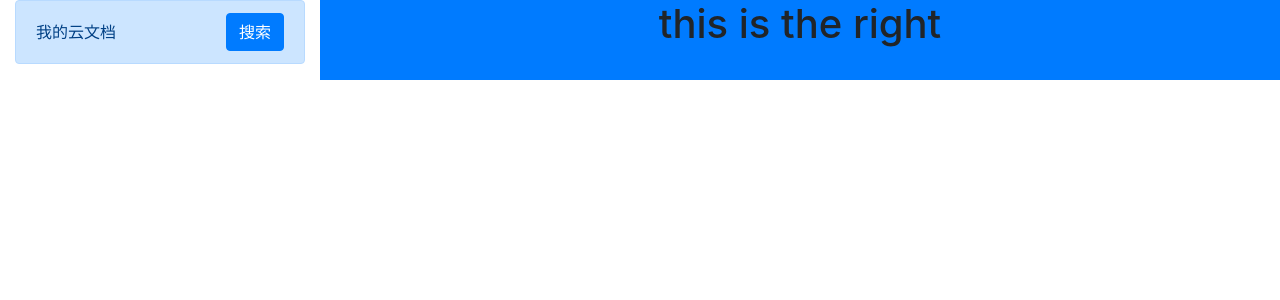
Repository: weijie-he/clould-doc
Page: /
The author's editor kept a copy of each file at every save. The page is drawn from the files as they stood at one save, then again after a run of saves.
The browser window is 1280 px wide. The pictures show the whole page.
The project was rebuilt for these pictures with package versions that can differ from the ones it lists, and the page was loaded fresh each time.

Above is the page before, as saved 2020-09-30 11:11:49.

After the next 4 saves:
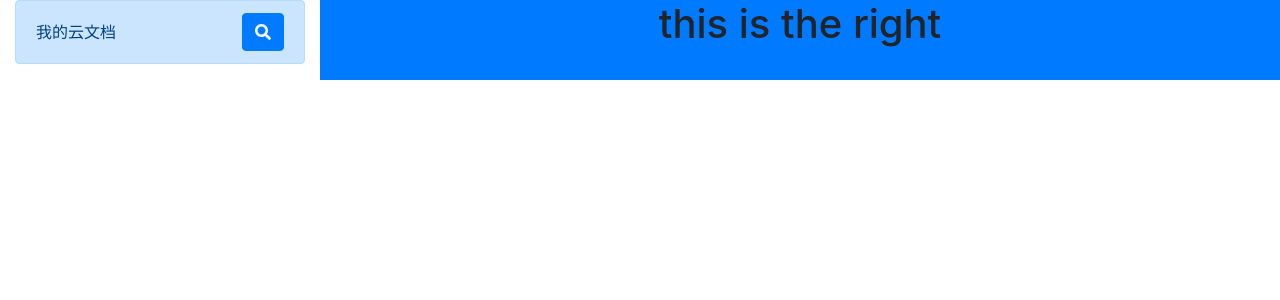
The 4 saves are shown as one change because 1 did not build or start and some came seconds apart.
The last was saved 8 min 55 s later.
--- a/src/components/FileSearch.js
+++ b/src/components/FileSearch.js
@@ -51,7 +51,7 @@ const FileSearch = ({title , onFileSearch}) => {
                     <span>{title}</span>
                     <Button
                     onClick={()=>setInputActive(true)}>
-                        搜索
+                        <FontAwesomeIcon icon={faSearch} />
                     </Button>
                 </div>
             }
